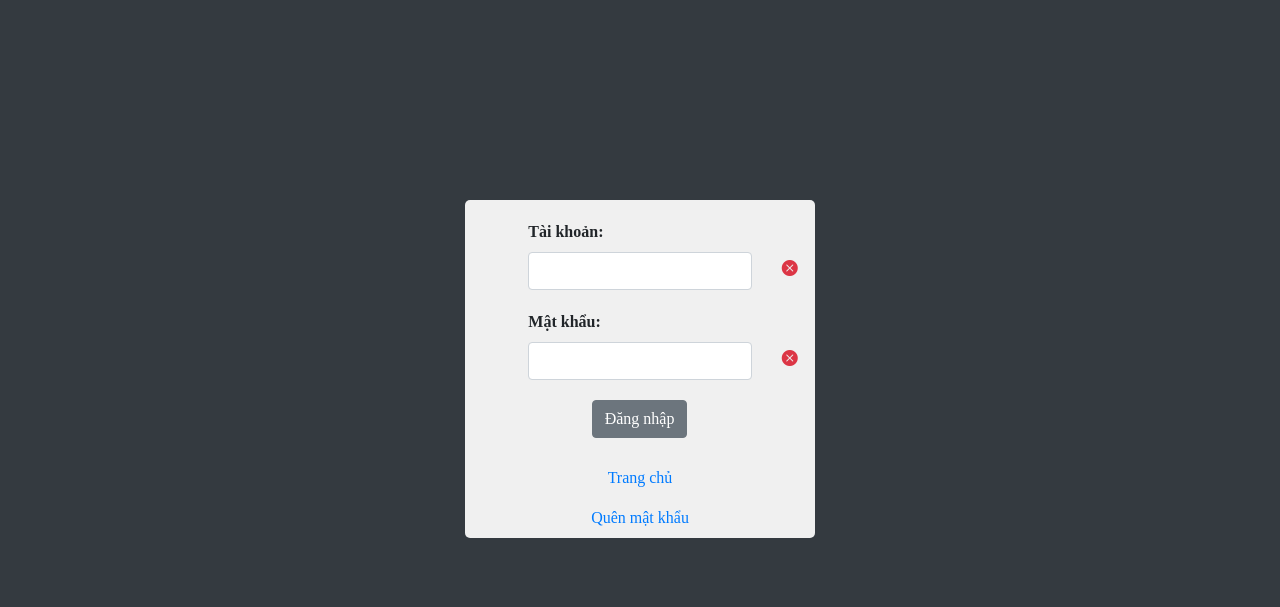
Repository: cuongnh2k/phimmoi
Page: http://localhost/phimmoi/Login.jsp
These files come from the project's save history. The page is drawn as it stood at one moment and after the next save; the edit follows.
The browser window is 1280 px wide. The pictures show the whole page.
Some web fonts or font styles are not loaded; a fallback is used. The page is served by Tomcat 9. Nobody is signed in. The application's start-up code is not run.

Above is the page before, as saved 2021-08-23 03:06:32.

After the next save:
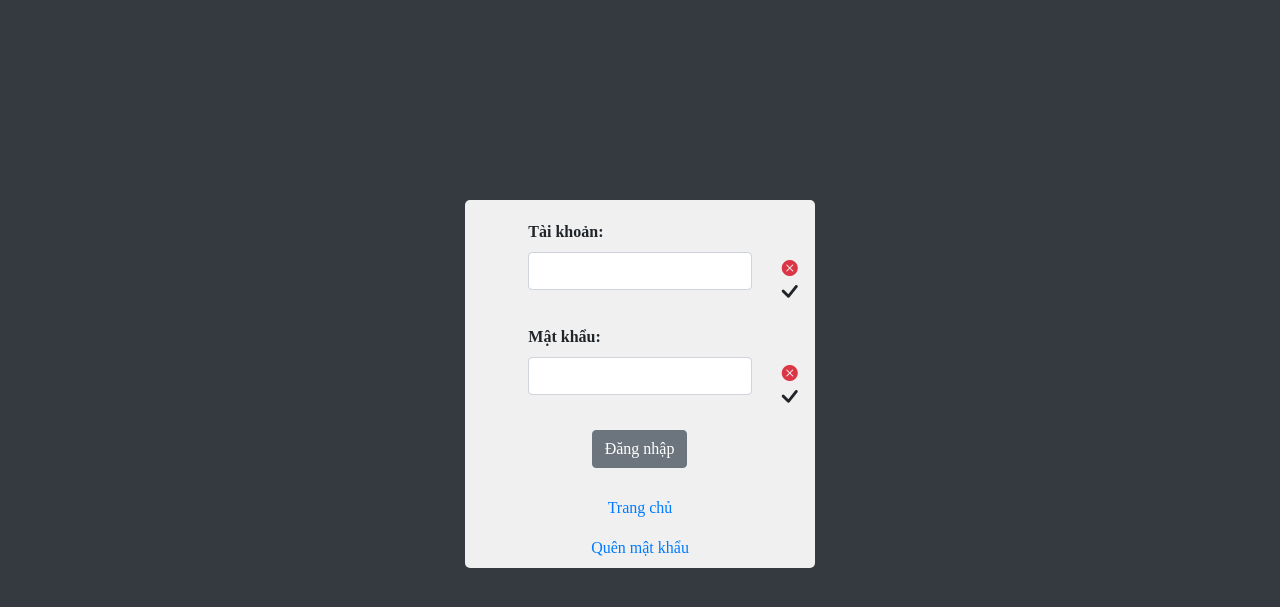
Saved 2 min 3 s later.
--- a/phimmoi/src/main/webapp/Login.jsp
+++ b/phimmoi/src/main/webapp/Login.jsp
@@ -78,6 +78,7 @@
 				</div>
 				<div class="col-2" style="margin-top: 5px;">
 					<i class="bi bi-x-circle-fill text-danger"></i>
+					<i class="bi bi-check-lg"></i>
 				</div>
 				<div class="col-2"></div>
 				<div class="col-8" style="margin-top: 20px;">
@@ -91,6 +92,7 @@
 				</div>
 				<div class="col-2" style="margin-top: 5px;">
 					<i class="bi bi-x-circle-fill text-danger"></i>
+					<i class="bi bi-check-lg"></i>
 				</div>
 
 				<div class="col-4"></div>
